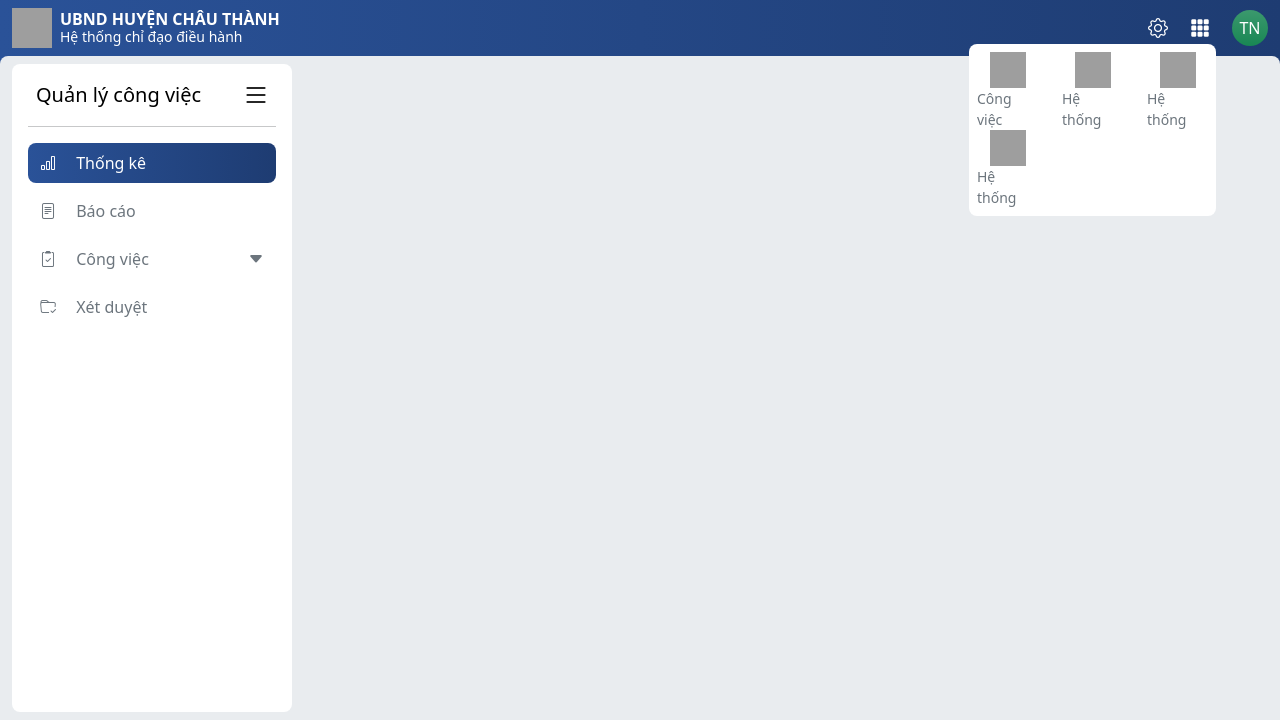
Repository: mys-pro/DATT-HeThongChiDaoDieuHanh
Page: index.html
The author's editor kept a copy of each file at every save. The page is drawn from the files as they stood at one save, then again after the next save.
The browser window is 1280 px wide. The pictures show the whole page.
Pictures or frames that could not be fetched are drawn as grey boxes.

Above is the page before, as saved 2024-04-21 15:13:36.

### index.html
<!DOCTYPE html>
<html lang="en">

<head>
    <meta charset="UTF-8">
    <meta name="viewport" content="width=device-width, initial-scale=1.0">
    <link rel="icon" href="./Assets/Image/icon.png" />
    <title>Hệ thống chỉ đạo điều hành</title>
    <link rel="stylesheet" href="./Bootstrap/bootstrap-icons-1.11.3/font/bootstrap-icons.min.css">
    <link rel="stylesheet" href="./Bootstrap/bootstrap-5.3.3-dist/css/bootstrap.min.css">
    <link rel="stylesheet" href="./Assets/css/Styles.css">
    <script src="./Assets/js/jquery-3.7.1.min.js"></script>
    <script src="./Bootstrap/bootstrap-5.3.3-dist/js/bootstrap.bundle.min.js"></script>
    <script src="./Assets/js/script.js"></script>
</head>

<body>
    <div class="app">
        <header class="header">
            <nav class="header__navbar navbar">
                <div class="header__navbar-container container-fluid">
                    <a href="#" class="header__navbar-logo navbar-brand p-0 d-flex">
                        <img class="header__navbar-img" src="./Assets/Image/Logo.png" alt="">
                        <div class="header__navbar-name mx-2 text-white align-content-center">
                            <h6 class="fw-bold p-0 m-0">UBND HUYỆN CHÂU THÀNH</h6>
                            <h6 class="fw-normal p-0 m-0">Hệ thống chỉ đạo điều hành</h6>
                        </div>
                    </a>

                    <ul class="header__navbar-list list-inline p-0 m-0 d-flex">
                        <li class="header__navbar-item ms-3 align-content-center">
                            <a class="border-0 bg-transparent rounded-circle text-white">
                                <i class="bi bi-gear fs-5"></i>
                            </a>
                        </li>
                        <li class="header__navbar-item ms-3 align-content-center position-relative">
                            <button type="button" class="border-0 bg-transparent rounded-circle text-white"
                                id="dropdown-apps">
                                <i class="bi bi-grid-3x3-gap-fill fs-5"></i>
                            </button>
                            <div class="list-apps bg-white rounded-3 position-absolute p-2">
                                <div class="row row-cols-3">
                                    <div class="col">
                                        <a href="#" class="text-decoration-none text-secondary d-flex flex-column align-items-center">
                                            <img src="./Assets/Image/task-icon.png" alt="" width="36px" height="36px">
                                            Công việc
                                        </a>
                                    </div>
                                    <div class="col">
                                        <a href="#" class="text-decoration-none text-secondary d-flex flex-column align-items-center">
                                            <img src="./Assets/Image/admin-icon.png" alt="" width="36px" height="36px">
                                            Hệ thống
                                        </a>
                                    </div>
                                    <div class="col">
                                        <a href="#" class="text-decoration-none text-secondary d-flex flex-column align-items-center">
                                            <img src="./Assets/Image/admin-icon.png" alt="" width="36px" height="36px">
                                            Hệ thống
                                        </a>
                                    </div>
                                    <div class="col">
                                        <a href="#" class="text-decoration-none text-secondary d-flex flex-column align-items-center">
                                            <img src="./Assets/Image/admin-icon.png" alt="" width="36px" height="36px">
                                            Hệ thống
                                        </a>
                                    </div>
                                </div>
                            </div>
                        </li>
                        <li class="header__navbar-item ms-3">
                            <div
                                class="header__navbar-avatar border-0 bg-success bg-gradient rounded-circle text-white text-center align-content-center">
                                TN</div>
                        </li>
                    </ul>
                </div>
            </nav>
        </header>

        <div class="app__container bg-body-secondary rounded-top-3 py-2">
            <div class="container-fluid">
                <div class="sidebar bg-white rounded-3 p-3 open">
                    <div class="side__bar-tile d-flex position-relative">
                        <span class="ms-2 text-black fs-5 text-nowrap">Quản lý công việc</span>
                        <button type="button"
                            class="sidebar__collapse-btn border-0 bg-white position-absolute text-end end-0">
                            <i class="bi bi-list"></i>
                        </button>
                    </div>
                    <hr>

                    <ul class="sidebar-list list-unstyled p-0 m-0">
                        <li class="sidebar-item mb-2">
                            <a href="#" class="rounded-3 text-secondary text-nowrap d-block active">
                                <i class="bi bi-bar-chart me-3"></i>
                                <span>Thống kê</span>
                            </a>
                        </li>

                        <li class="sidebar-item mb-2">
                            <a href="#" class="rounded-3 text-secondary text-nowrap d-block">
                                <i class="bi bi-file-text me-3"></i>
                                <span>Báo cáo</span>
                            </a>
                        </li>

                        <li class="sidebar-item mb-2">
                            <a href="#" class="position-relative rounded-3 text-secondary text-nowrap d-block collapsed"
                                data-bs-toggle="collapse" data-bs-target="#sidebarToggleExternalContent">
                                <i class="bi bi-clipboard2-check me-3"></i>
                                <span>Công việc</span>
                                <i class="bi bi-caret-down-fill"></i>
                            </a>

                            <ul class="sidebar-list-child collapse list-inline text-secondary text-nowrap"
                                id="sidebarToggleExternalContent">
                                <li class="sidebar-item-child mt-2">
                                    <a href="#"
                                        class="text-secondary rounded-3 text-nowrap d-block d-flex justify-content-between align-items-center active">
                                        Tất cả
                                        <span class="badge text-bg-danger rounded-pill">1</span>
                                    </a>
                                </li>
                                <li class="sidebar-item-child mt-2">
                                    <a href="#"
                                        class="text-secondary rounded-3 text-nowrap d-block d-flex justify-content-between align-items-center">
                                        Dự thảo
                                        <span class="badge text-bg-danger rounded-pill">1</span>
                                    </a>
                                </li>
                                <li class="sidebar-item-child mt-2">
                                    <a href="#"
                                        class="text-secondary rounded-3 text-nowrap d-block d-flex justify-content-between align-items-center">
                                        Hoàn thành
                                        <span class="badge text-bg-danger rounded-pill">1</span>
                                    </a>
                                </li>
                                <li class="sidebar-item-child mt-2">
                                    <a href="#"
                                        class="text-secondary rounded-3 text-nowrap d-block d-flex justify-content-between align-items-center">
                                        Chờ phê duyệt
                                        <span class="badge text-bg-danger rounded-pill">1</span>
                                    </a>
                                </li>
                                <li class="sidebar-item-child mt-2">
                                    <a href="#"
                                        class="text-secondary rounded-3 text-nowrap d-block d-flex justify-content-between align-items-center">
                                        Làm lại
                                        <span class="badge text-bg-danger rounded-pill">1</span>
                                    </a>
                                </li>
                                <li class="sidebar-item-child mt-2">
                                    <a href="#"
                                        class="text-secondary rounded-3 text-nowrap d-block d-flex justify-content-between align-items-center">
                                        Bị hủy
                                        <span class="badge text-bg-danger rounded-pill">1</span>
                                    </a>
                                </li>
                            </ul>
                        </li>

                        <li class="sidebar-item mb-2">
                            <a href="#" class="rounded-3 text-secondary text-nowrap d-block">
                                <i class="bi bi-folder-check me-3"></i>
                                <span>Xét duyệt</span>
                            </a>
                        </li>
                    </ul>
                </div>
            </div>
        </div>
    </div>
</body>

</html>

### Assets/css/Styles.css
:root {
    --primary-color: #2a5298;
    --primary-gradient-color: linear-gradient(to left, #1e3c72, #2a5298);
    --bs-body-color: #212529;
}

body {
    overflow: auto;
}

.col-0 {
    display: none;
}

.app {
    background-image: var(--primary-gradient-color);
}
/* ======Navbar====== */
.header__navbar-img {
    width: 40px;
    height: 40px;
}

.header__navbar-name h6:first-child {
    font-size: 16px;
}

.header__navbar-name h6:last-child {
    font-size: 14px;
}

.header__navbar-avatar {
    width: 36px;
    height: 36px;
}

.header__navbar-item a {
    cursor: pointer;
}

.header__navbar-item span {
    top: 25%;
    right: -15px;
}

.list-apps {
    width: 247px;
    right: 0;
    font-size: 14px;
}

/* ======Sidebar====== */
.sidebar {
    --height: calc(100vh - 56px - 16px);
    min-height: var(--height);
    width: 72px;
    transition: all .2s ease-out;
}

.sidebar.open {
    width: 280px;
}

.sidebar a {
    padding: 8px 12px;
    text-decoration: none;
    overflow: hidden;
}

.sidebar span {
    overflow: hidden;
}

.sidebar__collapse-btn {
    font-size: 28px;
    line-height: 0;
}

.sidebar-list-child {
    overflow: hidden;
}

.sidebar-item > a:hover {
    background-color: rgba(0, 0, 0, 0.05) !important;
}

.sidebar-item > a:active {
    background-color: rgba(0, 0, 0, 0.1) !important;
}

.sidebar-item > a.active {
    background-image: var(--primary-gradient-color);
    color: white !important;
}

.sidebar:not(.open) .sidebar-list-child {
    display: none;
}

.sidebar-item > a[data-bs-toggle="collapse"].collapsed > i:last-child {
    position: absolute;
    right: 12px;
    top: 0.5rem;
    transform: rotate(0deg);
    transition: all .2s ease-out;
}

.sidebar-item > a[data-bs-toggle="collapse"] > i:last-child {
    position: absolute;
    right: 12px;
    top: 0.5rem;
    transform: rotate(180deg);
    transition: all .2s ease-out;
}

.sidebar:not(.open) .sidebar-item > a[data-bs-toggle="collapse"] > i:last-child {
    display: none;
}

.sidebar-item-child > a:not(.active):hover {
    background-color: rgba(0, 0, 0, 0.05) !important;
}

.sidebar-item-child > a:not(.active):active,
.sidebar-item-child > a.active {
    background-color: rgba(0, 0, 0, 0.1) !important;
}

@media (max-width: 576px) {
    .sidebar {
        display: none;
    }

    .header__navbar-list {
        display: none !important;
    }
}

### Assets/js/script.js
$(document).ready(function() {
    $('.sidebar__collapse-btn').click(function() {
        $(".sidebar").toggleClass("open");
    });

    $('.sidebar-item > a').click(function() {
        $('.sidebar-item > a').removeClass("active");
        $(this).addClass("active");
        $('#sidebarToggleExternalContent').collapse('hide');
    });

    $('.sidebar-item > a[data-bs-toggle="collapse"]').click(function() {
        $('.sidebar-item-child > a').removeClass("active");
        $('.sidebar-item-child > a:first').addClass("active");
      });

    $('.sidebar-item-child > a').click(function() {
        $('.sidebar-item-child > a').removeClass("active");
        $(this).addClass("active");
    });
});

Loaded but not shown: library/Bootstrap/bootstrap-icons-1.11.3/font/bootstrap-icons.min.css (library); library/Bootstrap/bootstrap-5.3.3-dist/css/bootstrap.min.css (library); Public/js/jquery-3.7.1.min.js (library); library/Bootstrap/bootstrap-5.3.3-dist/js/bootstrap.bundle.min.js (library)

After the next save:
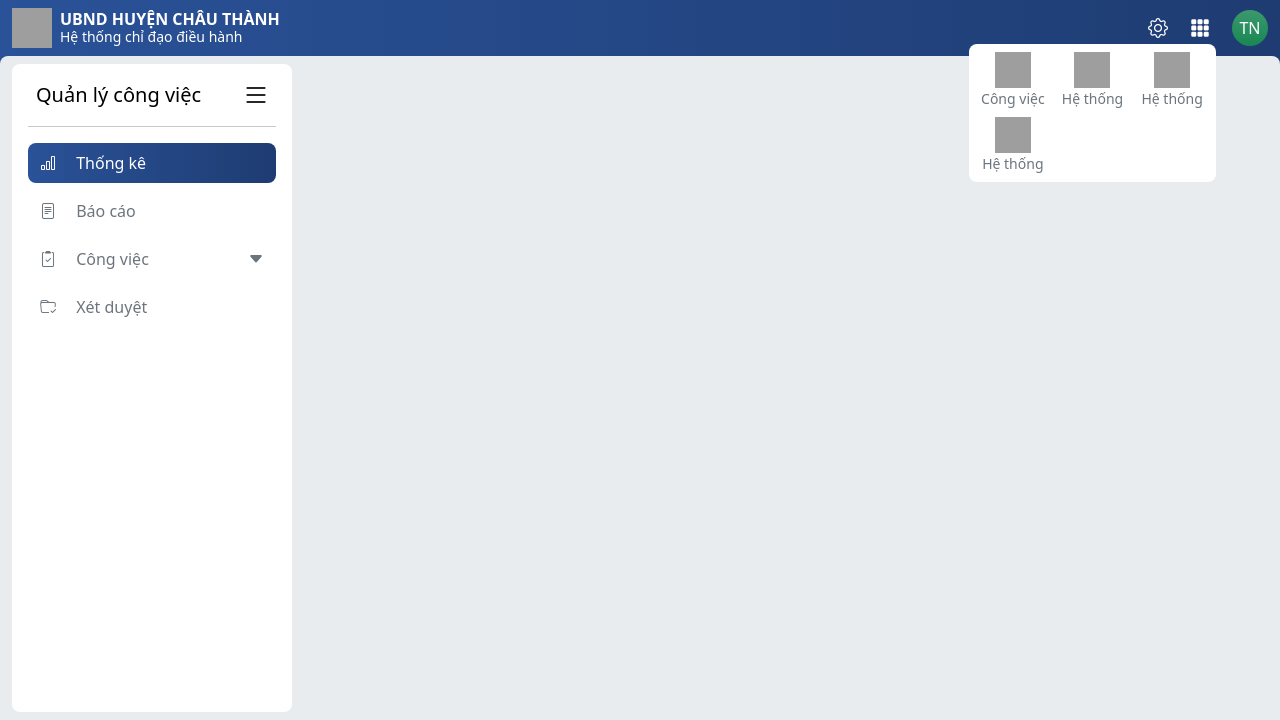
Saved 19 s later.
--- a/index.html
+++ b/index.html
@@ -39,7 +39,7 @@
                                 <i class="bi bi-grid-3x3-gap-fill fs-5"></i>
                             </button>
                             <div class="list-apps bg-white rounded-3 position-absolute p-2">
-                                <div class="row row-cols-3">
+                                <div class="row row-cols-3 g-2">
                                     <div class="col">
                                         <a href="#" class="text-decoration-none text-secondary d-flex flex-column align-items-center">
                                             <img src="./Assets/Image/task-icon.png" alt="" width="36px" height="36px">
